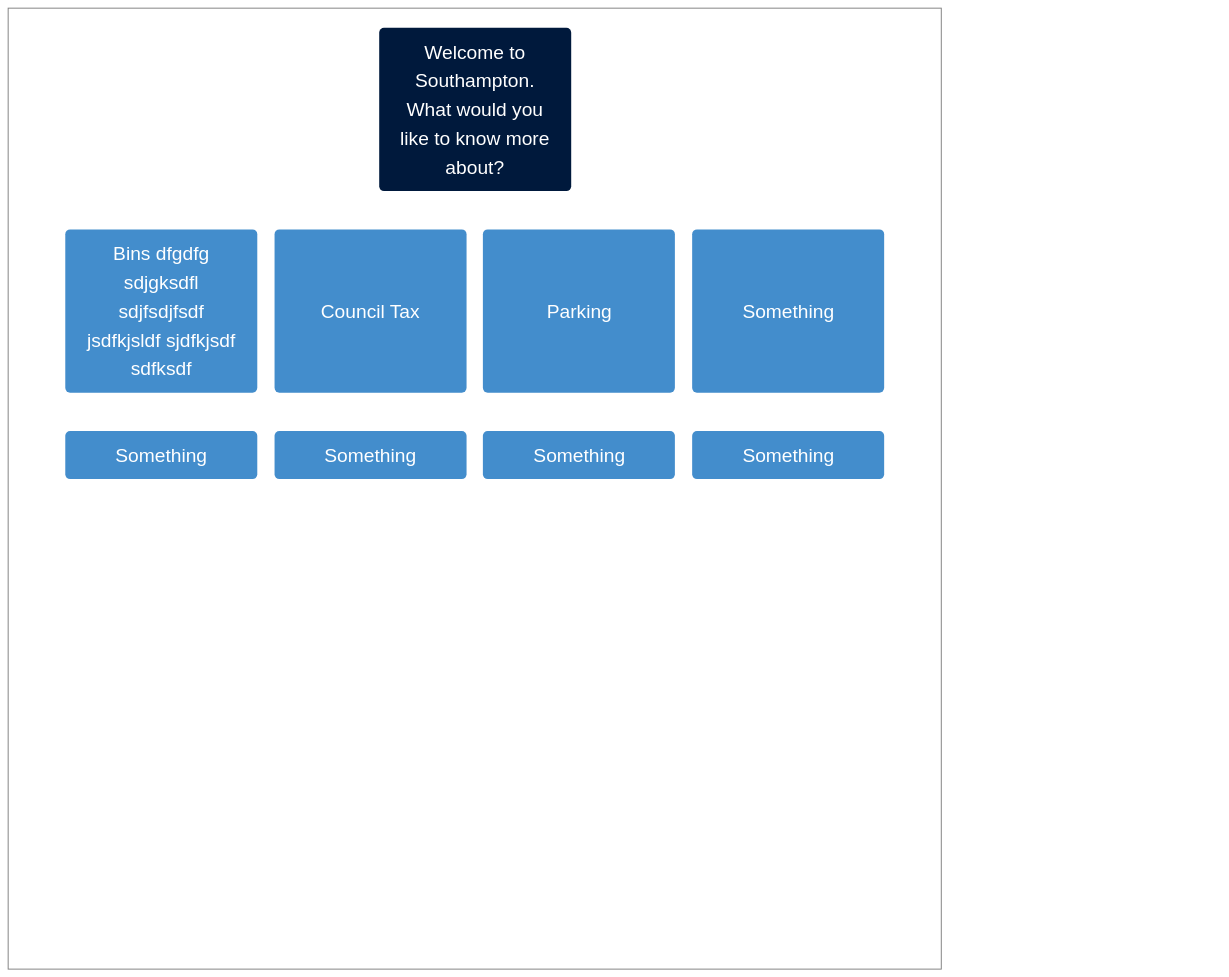
Repository: Domehead123/test
Page: index.html
The author's editor kept a record of every edit. The page is drawn from the files as they stood at one moment, then again after the next edit.
The browser window is 1280 px wide. The pictures show the whole page, at 96% of full size.

Above is the page before.

### index.html
<!DOCTYPE html>
<html lang="en">
<head>
    <meta charset="UTF-8">
    <meta name="viewport" content="width=device-width, initial-scale=1.0">
    <meta http-equiv="X-UA-Compatible" content="ie=edge">
<script src="https://ajax.googleapis.com/ajax/libs/jquery/3.4.1/jquery.min.js"></script>
    <script type="text/javascript" src="assets/new-resident.js"></script>
        <link rel="stylesheet" href="assets/style.css" type="text/css" />
    <title>Document</title>
</head>
<body>
    <div class="page-container">
    <div id="top-box">Welcome to Southampton. What would you like to know more about?</div>
    <div class="option-container">
    <div class="bottom-box" id="option1"><span>Bins dfgdfg sdjgksdfl sdjfsdjfsdf jsdfkjsldf sjdfkjsdf sdfksdf</span></div>
    <div class="bottom-box" id="option2"><span>Council Tax</span></div>
    <div class="bottom-box" id="option3"><span>Parking</span></div>
    <div class="bottom-box" id="option4"><span>Something</span></div>
    <div class="bottom-box" id="option5"><span>Something</span></div>
    <div class="bottom-box" id="option6"><span>Something<span></div>
    <div class="bottom-box" id="option7"><span>Something<span></div>
    <div class="bottom-box" id="option8"><span>Something<span></div>
    </div>

    <div id="restart">Back to Start</div>
</body>
</html>

### assets/new-resident.js

$(document).ready(function() {

$(".bottom-box").click(function() {
    $('#restart').show();
});


$("#option1").click(function() {
   $("#top-box").text("What would you like to know about bins?")
   $("#option1").children().html("<a href='https://www.southampton.gov.uk/bins-recycling/bins/'>When will my bin be collected?</a>");
   $("#option2").children().html("<a href='https://www.southampton.gov.uk/bins-recycling/bins/bin-size.aspx'>How can I change my bin size?</a>");
    $("#option3").children().html("<a href='https://www.southampton.gov.uk/bins-recycling/bins/lost-bin.aspx'>How do I report a lost bin?</a>");
    $("#option4").children().html("<a href='https://www.southampton.gov.uk/bins-recycling/bins/need-help-putting-your-bins-out.aspx'>How can I get help putting my bin out?</a>");
    $("#option5").hide();
    $("#option6").hide();
    $("#option7").hide();
    $("#option8").hide();
});


$('#restart').click(function() {
    location.reload();
});


});

### assets/style.css

.page-container {
    max-width: 871px;
    background: #fff;
    border: 1px solid grey;
    padding: 0 50px;
    height: 1000px;
}


#top-box {
    background: #00193c;
    color: #fff;
    border-radius: 5px;
    box-sizing: border-box;
    width: 200px;
    text-align: center;
    margin: 20px auto;
    font-family: "franklin-gothic-urw",sans-serif;
    font-size: 20px;
    line-height: 30px;
    padding: 10px 15px;
}

.option-container {
    display: flex;
flex-wrap: wrap;
}

.bottom-box {
        background: #438dcc;
    color: #fff;
    border-radius: 5px;
    box-sizing: border-box;
    width: 200px;
    margin: 20px auto;
    font-family: "franklin-gothic-urw",sans-serif;
    font-size: 20px;
    line-height: 30px;
    padding: 10px 15px;
    transition: 0.4s all;
    display: flex;
     align-items: center;
     text-align: center;
}


.bottom-box span {
  margin: 0 auto;
}

.bottom-box span a {
    color: #fff!important;
    text-decoration: none !important;
}

.bottom-box:hover {
    background: #00193c;
}

#restart {
        background: #aaa;
    color: #fff;
    border-radius: 5px;
    box-sizing: border-box;
    width: 200px;
  margin: 20px auto;
    font-family: "franklin-gothic-urw",sans-serif;
        padding: 10px 15px;
        font-size: 20px;
        text-align: center;
        transition: 0.4s all;
        display:none;

}

#restart:hover {
    background: #000;
}

After the next edit:
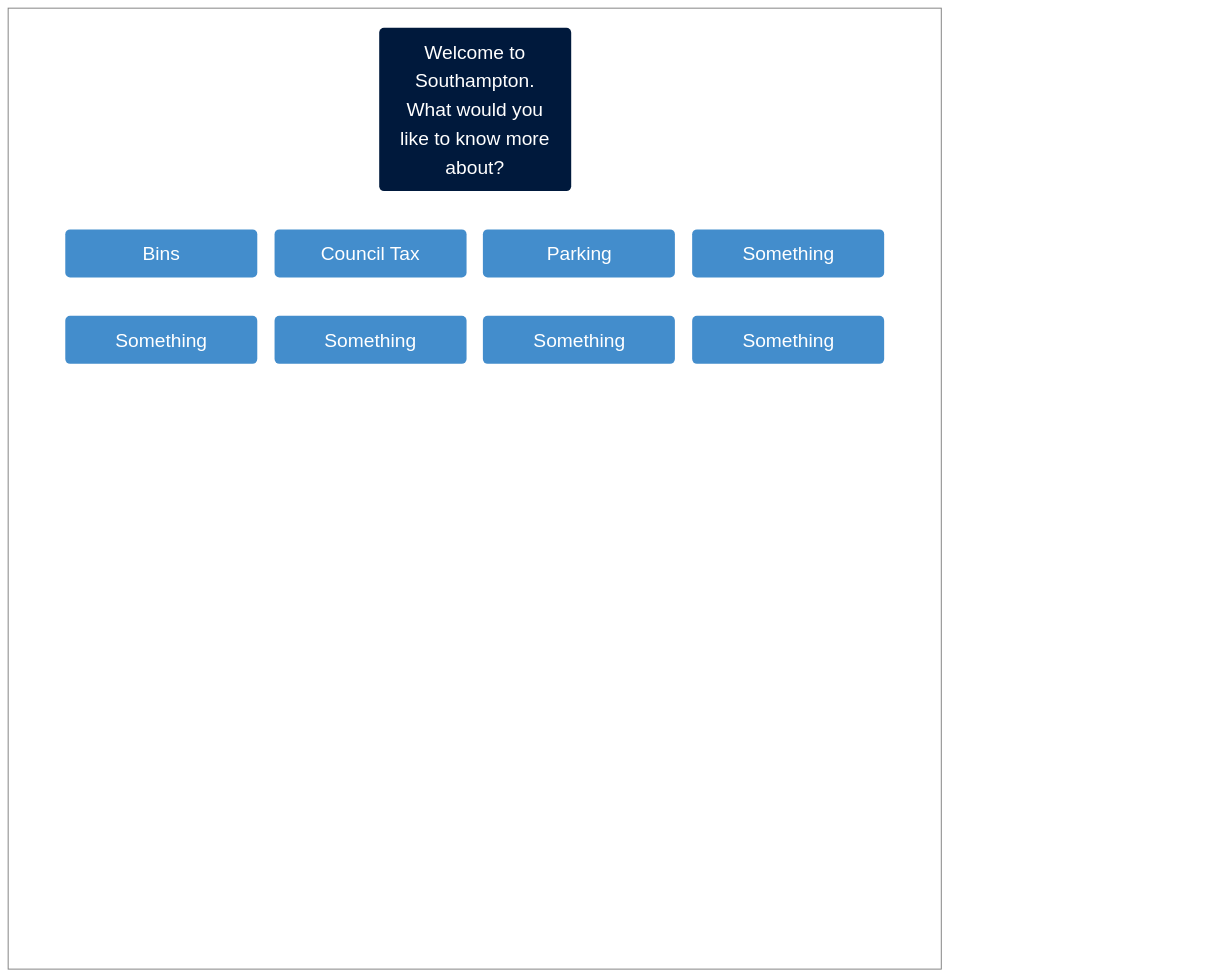
The edit:
--- a/index.html
+++ b/index.html
@@ -13,7 +13,7 @@
     <div class="page-container">
     <div id="top-box">Welcome to Southampton. What would you like to know more about?</div>
     <div class="option-container">
-    <div class="bottom-box" id="option1"><span>Bins dfgdfg sdjgksdfl sdjfsdjfsdf jsdfkjsldf sjdfkjsdf sdfksdf</span></div>
+    <div class="bottom-box" id="option1"><span>Bins</span></div>
     <div class="bottom-box" id="option2"><span>Council Tax</span></div>
     <div class="bottom-box" id="option3"><span>Parking</span></div>
     <div class="bottom-box" id="option4"><span>Something</span></div>
